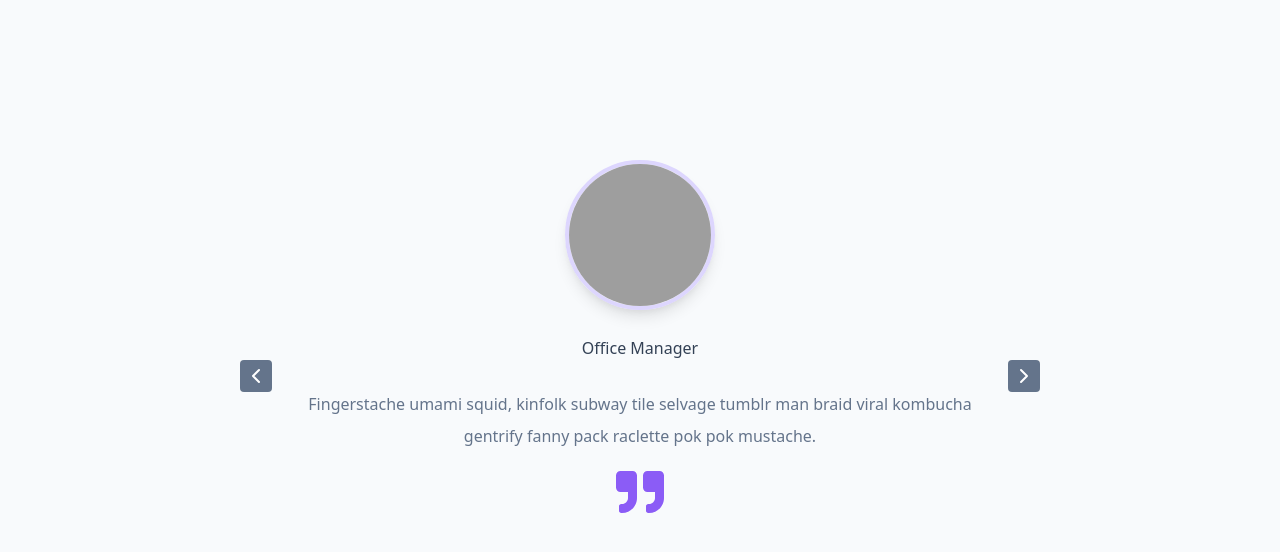
Repository: Maryie-B/React-Practice-Projects
Page: / (app in Slider/)
An editor plug-in stored every save of this project. The page is shown before and after the next save, followed by the edit.
The browser window is 1280 px wide. The pictures show the whole page.
Pictures or frames that could not be fetched are drawn as grey boxes. The project was rebuilt for these pictures with package versions that can differ from the ones it lists, and the page was loaded fresh each time. Also part of the build but not shown: Slider/vite.config.js.

Above is the page before, as saved 2023-06-08 12:19:44.

After the next save:
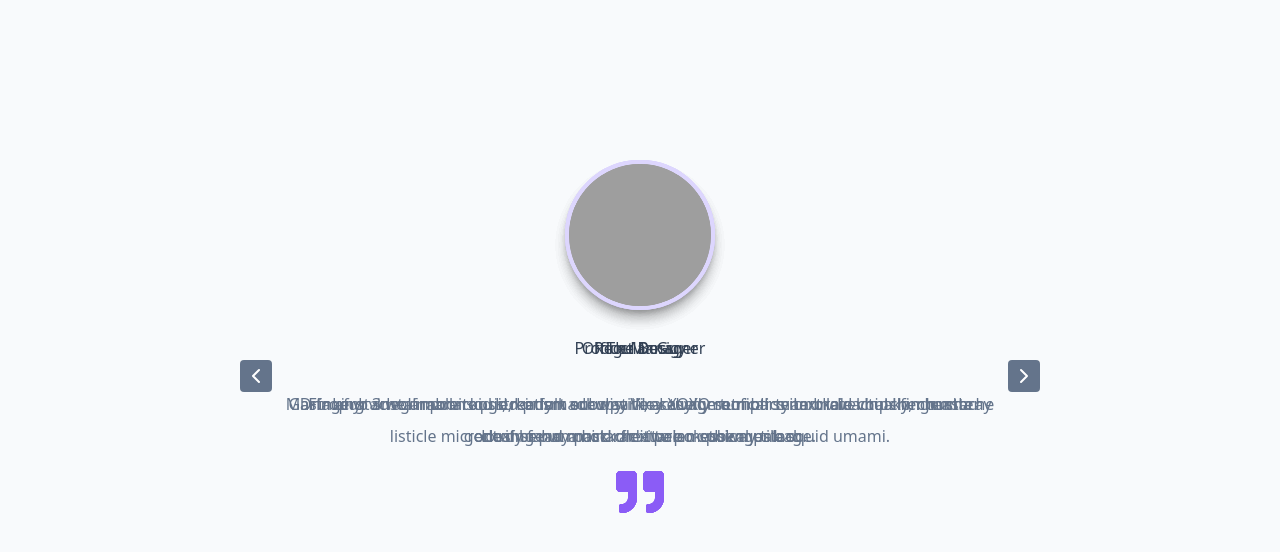
Saved 19 min 1 s later.
--- a/Slider/src/Carousel.jsx
+++ b/Slider/src/Carousel.jsx
@@ -5,7 +5,7 @@ import { FiChevronLeft, FiChevronRight } from 'react-icons/fi';
 
 
 const Carousel = () => {
-    const [people, setPeople] = useState(shortList);
+    const [people, setPeople] = useState(list);
 
     const prevSlide = () => {};
     const nextSlide = () => {};
